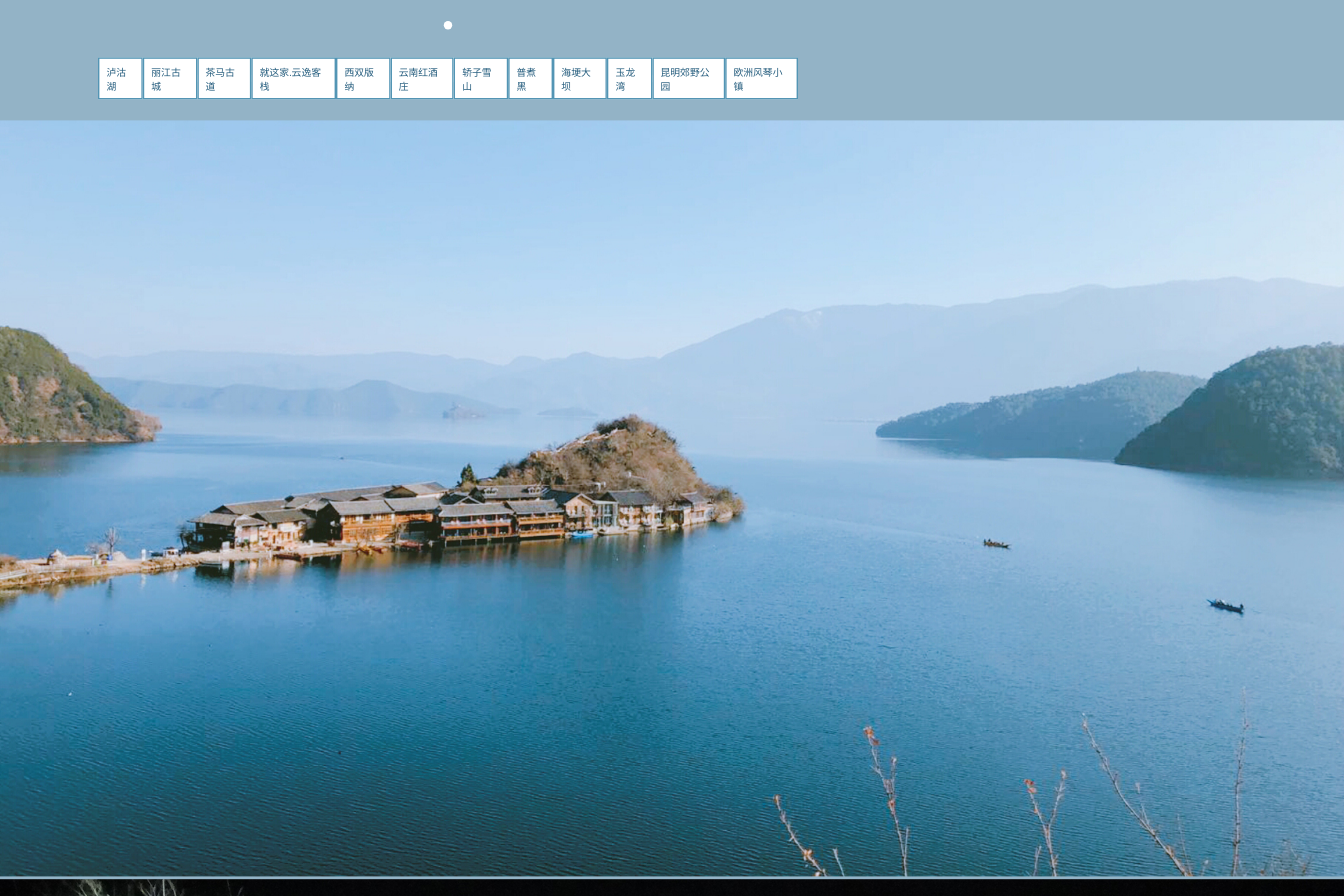
Repository: zhenzhen-gong/-jQuerydemo
Page: index.html
These files come from the project's save history. The page is drawn as it stood at one moment and after the next save; the edit follows.
The browser window is 1280 px wide. The page is 1920 px wide, so the pictures cover 1920 px, including what lies to the right of the window. The pictures show the part of the page from y = 0 to 1280 px (the page is 13180 px tall before and 13184 px after), at 70% of full size.

Above is the page before, as saved 2020-06-05 11:38:12.

### index.html
<!DOCTYPE html>
<html lang="en">
<head>
    <meta charset="UTF-8" />
    <title>旅游图片集</title>
    <link rel="stylesheet" href="style.css">
    <script src="http://cdn.bootcss.com/jquery/1.12.4/jquery.js"></script>
    <script src="js.js"></script>
</head>
<body>
    <div class="circle"></div>
    <nav>
     <a href="#">泸沽湖</a>
     <a href="#">丽江古城</a>
     <a href="#">茶马古道</a>
     <a href="#">就这家.云逸客栈</a>
     <a href="#">西双版纳</a>
     <a href="#">云南红酒庄</a>
     <a href="#">轿子雪山</a>
     <a href="#">普煮黑</a>
     <a href="#">海埂大坝</a>
     <a href="#">玉龙湾</a>
     <a href="#">昆明郊野公园</a>
     <a href="#">欧洲风琴小镇</a>
    </nav>
    <div>
      <img src="images/1.jpg" >
      <img src="images/2.jpg" >
      <img src="images/3.jpg" >
      <img src="images/4.jpg" >
      <img src="images/5.jpg" >
      <img src="images/6.jpg" >
      <img src="images/7.jpg" >
      <img src="images/8.jpg" >
      <img src="images/9.jpg" >
      <img src="images/10.jpg" >
      <img src="images/11.jpg" >
      <img src="images/12.jpg" >
    </div>
</body>
</html>

### style.css
*{
    padding: 0;
    margin: 0;
}
body{
    background-color: #93b3c6;
}
.circle{
    background-color: white;
    height: 12px;
    width: 12px;
    border-radius: 50%;
    margin: 30px auto 40px;
}
nav{
    width: 78.125vw;
    margin: 0 auto 30px;
    display: flex;
    justify-content: space-between;
    position: relative;
}
nav:before{
    /* display: block;  实现白条在下的代码，这里用z-index替换 */
    content: "";
    height: 10px;
    width: 100%;
    background-color: white;
    position: absolute;
    top: 50%;
    margin-top: -5px;
}
nav a{
    /* position: relative; 实现白条在下的代码，这里用z-index替换*/
    text-decoration: none;
    background-color: white;
    color: #255d7e;
    border: 2px solid #5395b4;
    padding: 8px 10px;
    font-size: 14px;
    z-index: 1;
}

Loaded but not shown: js.js (no stored copy; drawn as an empty file)

After the next save:
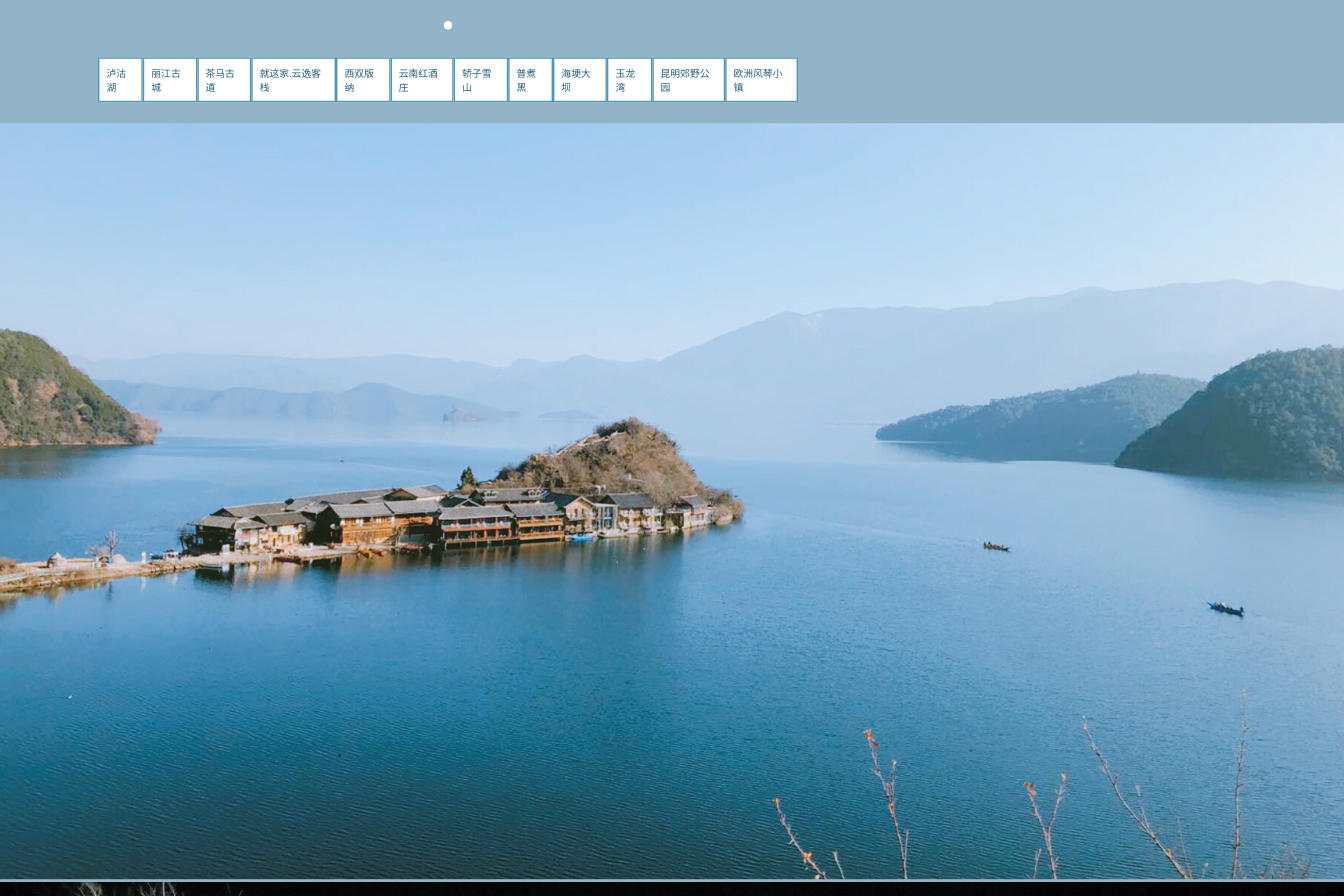
Saved 13 s later.
--- a/style.css
+++ b/style.css
@@ -35,7 +35,7 @@ nav a{
     background-color: white;
     color: #255d7e;
     border: 2px solid #5395b4;
-    padding: 8px 10px;
+    padding: 10px;
     font-size: 14px;
     z-index: 1;
 }
